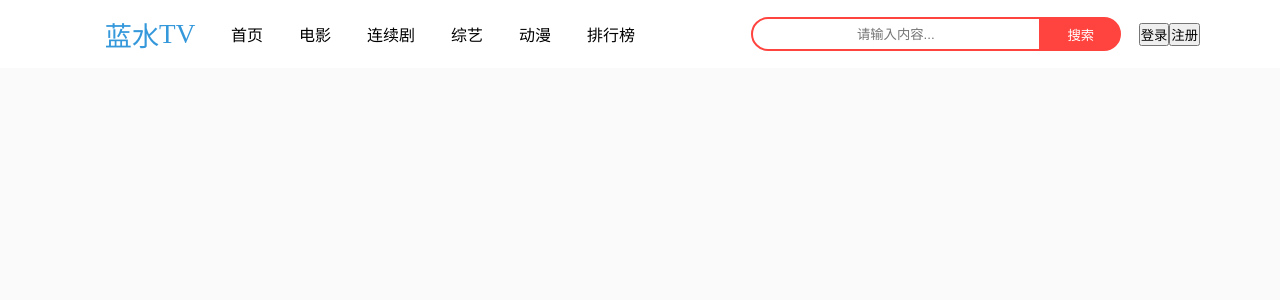
Repository: 842992406/blueWaterTV
Page: index.html
The author's editor kept a copy of each file at every save. The page is drawn from the files as they stood at one save, then again after the next save.
The browser window is 1280 px wide. The pictures show the whole page.

Above is the page before, as saved 2022-05-05 16:04:12.

### index.html
<!DOCTYPE html>
<html lang="en">

<head>
  <meta charset="UTF-8">
  <meta http-equiv="X-UA-Compatible" content="IE=edge">
  <meta name="viewport" content="width=device-width, initial-scale=1.0">
  <title>蓝水TV</title>
  <link rel="stylesheet" href="./css/index.css">
</head>

<body>
  <!-- 头界面 -->
  <header>
    <!-- logo -->
    <div class="logo">
      <ul>
        <li>蓝</li>
        <li>水</li>
        <li>TV</li>
      </ul>
    </div>
    <!-- 导航栏 -->
    <div class="changeBox">
      <ul>
        <li>首页</li>
        <li>电影</li>
        <li>连续剧</li>
        <li>综艺</li>
        <li>动漫</li>
        <li>排行榜</li>
      </ul>
    </div>
    <div class="search">
      <input type="text" name="" id="input" placeholder="请输入内容..." onfocus="this.placeholder=''"
        onblur="this.placeholder='请输入内容...'">
      <button type="submit">搜索</button>
    </div>
    <!-- 登录注册按钮 -->
    <div class="userLogin">
      <button type="submit">登录</button>
      <button type="submit">注册</button>
    </div>
  </header>
  <!-- 主界面 -->
  <main></main>
  <!-- 脚页面 -->
  <footer></footer>
</body>

</html>

### css/index.css
*{
  padding: 0;
  margin: 0;
  box-sizing: border-box;
}

body{
  width: 100vw;
  height: 100vh;
  background-color: rgb(250, 250, 250);
}

/* 所有的 li 的前面的点都去掉 */
li{
  list-style: none;
}

header{
  width: 100vw;
  height: 68px;
  background-color: rgb(255, 255, 255);
  display: flex;
  padding:0 80px;
  justify-content: space-between;
}

.logo>ul{
  width: 100px;
  height: 100%;
  display: flex;
  font-size: 1.7em;
  justify-content: center;
  align-items: center;
  margin-left: 20px;
  color: #3498db;
  /* 鼠标变为小手 */
  cursor: pointer;
}

.logo>ul li {
  transition: 1s;
}
/* logo的第一个单词 */
.logo>ul>li:nth-of-type(1):hover{
  transform: rotate(360deg);
  color: aqua;
}
/* logo的第二个单词 */
.logo>ul>li:nth-of-type(2):hover{
  transform: scale(1.2);
  color: #f1c40f;
}
/* logo的第三个单词 */
.logo>ul>li:nth-of-type(3):hover{
  transform: rotate(360deg);
  color: #60a3bc;
}

/* 导航栏 */
.changeBox{
  width: 440px;
  height: 100%;
  display: flex;
}

.changeBox>ul{
  display: flex;
  justify-content: center;
  align-items: center;
}

.changeBox>ul li{
  margin: 0 18px;
  cursor: pointer;
}

.changeBox>ul li:hover{
  color: #e67e22;
  border-bottom: 2px solid #e67e22;
}

.search{
  width: 380px;
  height: 100%;
  margin-left: 80px;
  display: flex;
  justify-content: center;
  align-items: center;
}

.search #input{
  width: 290px;
  height: 50%;
  border-radius: 25px 0 0 25px;
    /* 去掉焦点之后的边框 */
  outline: none;
  border: 2px solid rgb(255, 68, 63);
  text-align: center;
}

.search button{
  height: 50%;
  width: 80px;
  color: white;
  background-color: rgb(255, 68, 63);
  border-radius: 0 25px 25px 0;
  border: 2px solid rgb(255, 68, 63);
  /* 去掉点击的边框 */
  outline: none;
  cursor: pointer;
}

.userLogin {
  display: flex;
  justify-content: flex-end;
  align-items: center;
}

After the next save:
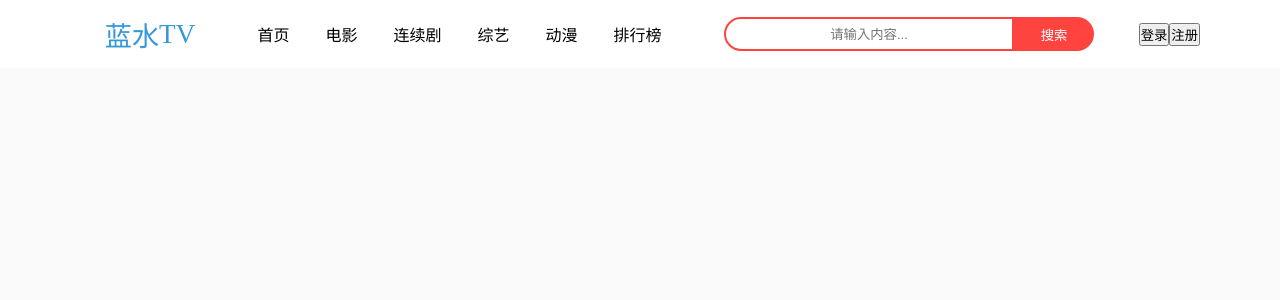
Saved 70 s later.
--- a/css/index.css
+++ b/css/index.css
@@ -82,7 +82,7 @@
 .search{
   width: 380px;
   height: 100%;
-  margin-left: 80px;
+  /* margin-left: 80px; */
   display: flex;
   justify-content: center;
   align-items: center;

After the save that followed:
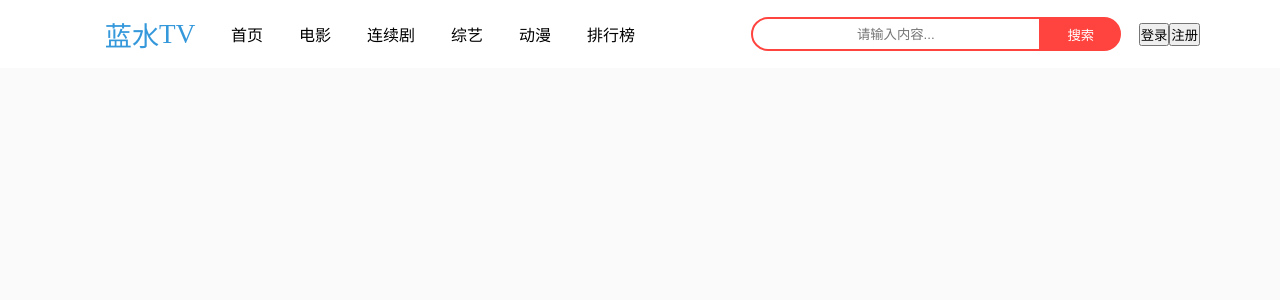
Saved 7 s later.
--- a/css/index.css
+++ b/css/index.css
@@ -82,7 +82,7 @@
 .search{
   width: 380px;
   height: 100%;
-  /* margin-left: 80px; */
+  margin-left: 80px;
   display: flex;
   justify-content: center;
   align-items: center;
